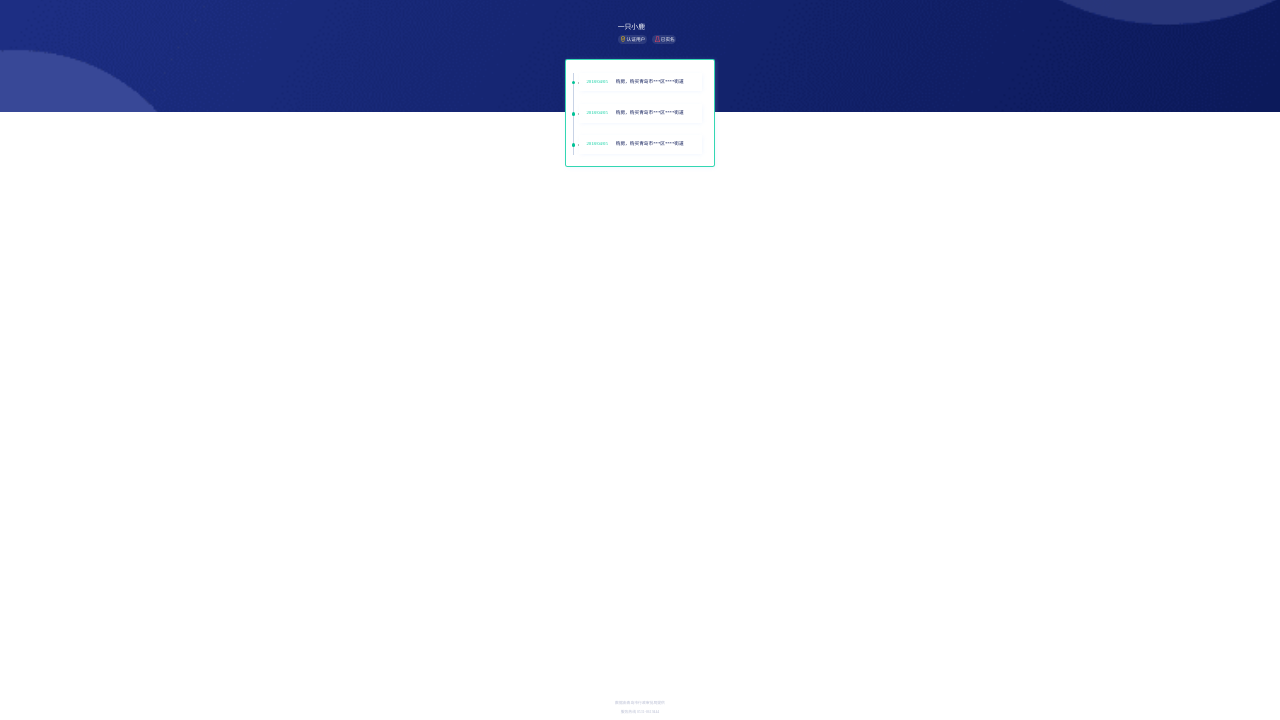
Repository: zlpstart/qingdao-new
Page: /Footprint
The author's editor kept a copy of each file at every save. The page is drawn from the files as they stood at one save, then again after the next save.
The browser window is 1280 px wide. The pictures show the whole page.
The page's requests for data from a server got no answer. Some web fonts or font styles are not loaded; a fallback is used. The project was rebuilt for these pictures with package versions that can differ from the ones it lists, and the page was loaded fresh each time. No one was signed in, and anything a server would have sent is missing. Also part of the build but not shown: src/components/MySpace.vue, src/components/Home.vue, src/components/Enterprise.vue, src/components/Opinion.vue, src/components/Opinion2.vue, src/components/Record.vue, src/components/Car.vue, src/components/House.vue and 5 more.

Above is the page before, as saved 2019-08-27 11:20:39.

After the next save:
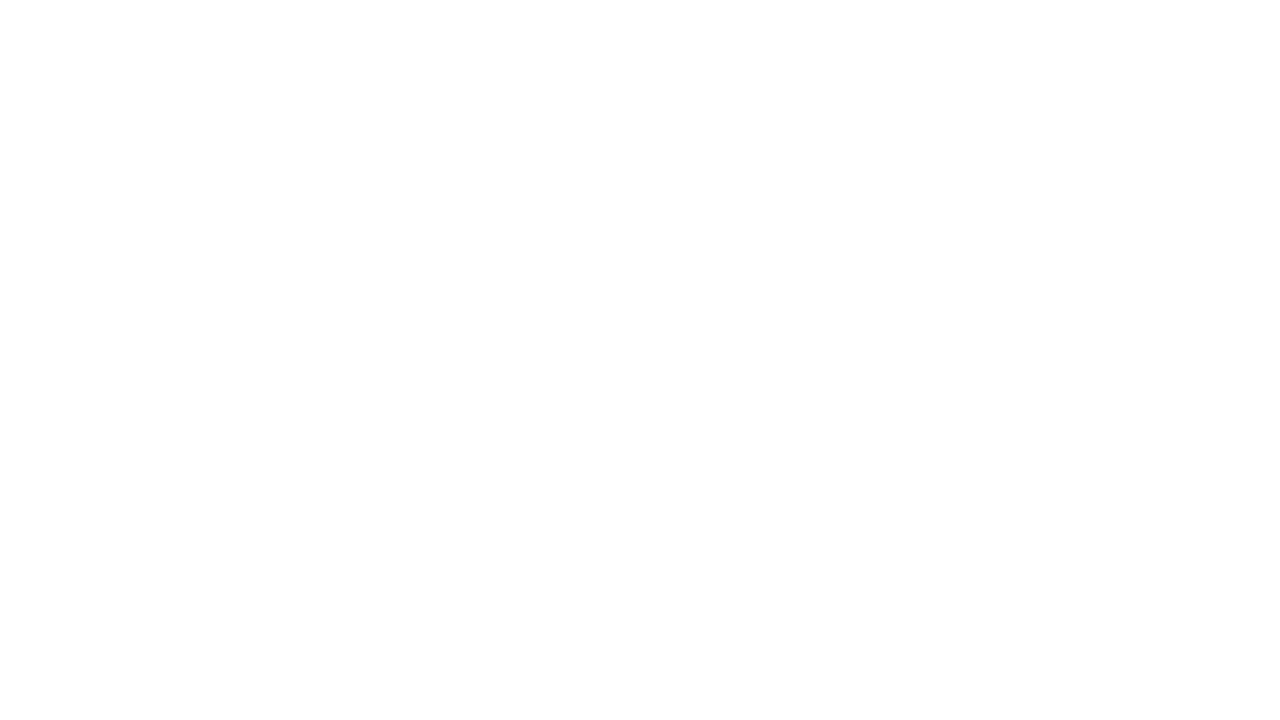
Saved 85 s later.
--- a/src/components/Footprint.vue
+++ b/src/components/Footprint.vue
@@ -59,63 +59,63 @@
           </div>
       </div>
 
-      <div class="Footprint2" v-if="show">
-        <TopBar></TopBar>
-        <div class="header">
-            <div class="header_wrap">
-                <div class="header_left">
-                    <!-- <img src="../assets/timg.jpg" alt=""> -->
-                </div>
-                <div class="header_right">
-                    <div class="header_right_p">
-                        <p>一只小鹿</p>
-                    </div>
-                    <div class="header_right_span">
-                        <span>
-                          <img src="../assets/认证.png" alt="">
-                          认证用户
-                        </span>
-                        <span>
-                          <img src="../assets/实名.png" alt="">
-                          已实名
-                        </span>
-                    </div>
-                </div>
-            </div>
-        </div>
-        <div class="Footprint_data">
-            <div class="data">
-            <ul>
-                <li>
-                    <b></b>
-                    <i></i>
-                    <span class="yuan"></span>
-                    <span>2018/04/05</span>
-                    <p>购房，购买青岛市***区****街道</p>
-                </li>
-                <li>
-                    <b></b>
-                    <i></i>
-                    <span class="yuan"></span>
-                    <span>2018/04/05</span>
-                    <p>购房，购买青岛市***区****街道</p>
-                </li>
-                <li>
-                    <b></b>
-                    <i></i>
-                    <span class="yuan"></span>
-                    <span>2018/04/05</span>
-                    <p>购房，购买青岛市***区****街道</p>
-                </li>
-            </ul>
-        </div>
-        </div>
-        <div class="bottom">
-                <span></span>
-                <p>数据由青岛市行政审批局提供</p>
-                <span></span>
-                <p>服务热线 0531-8619444</p>
-        </div>
+      <div class="Footprint" v-if="!show">
+          <TopBar></TopBar>
+          <div class="header">
+              <div class="header_wrap">
+                  <div class="header_left">
+                      <img :src="allUser.imgAddr">
+                  </div>
+                  <div class="header_right">
+                      <div class="header_right_p">
+                          <p>{{allUser.realName}}</p>
+                      </div>
+                      <div class="header_right_span">
+                          <span>
+                            <img src="../assets/认证.png" alt="">
+                            认证用户
+                          </span>
+                          <span>
+                            <img src="../assets/实名.png" alt="">
+                            已实名
+                          </span>
+                      </div>
+                  </div>
+              </div>
+          </div>
+          <div class="Footprint_data">
+              <div class="data">
+              <ul>
+                  <li>
+                    <i></i>
+                    <b></b>
+                    <span class="yuan"></span>
+                    <span>2018/04/05</span>
+                    <p>购房，购买青岛市***区****街道</p>
+                  </li>
+                  <li>
+                    <i></i>
+                    <b></b>
+                    <span class="yuan"></span>
+                    <span>2018/04/05</span>
+                    <p>购房，购买青岛市***区****街道</p>
+                  </li>
+                  <li>
+                    <i></i>
+                    <b></b>
+                    <span class="yuan"></span>
+                    <span>2018/04/05</span>
+                    <p>购房，购买青岛市***区****街道</p>
+                  </li>
+              </ul>
+          </div>
+          </div>
+          <div class="bottom">
+                  <span></span>
+                  <p>数据由青岛市行政审批局提供</p>
+                  <span></span>
+                  <p>服务热线 0531-8619444</p>
+          </div>
       </div>
     </div>
 

After the save that followed:
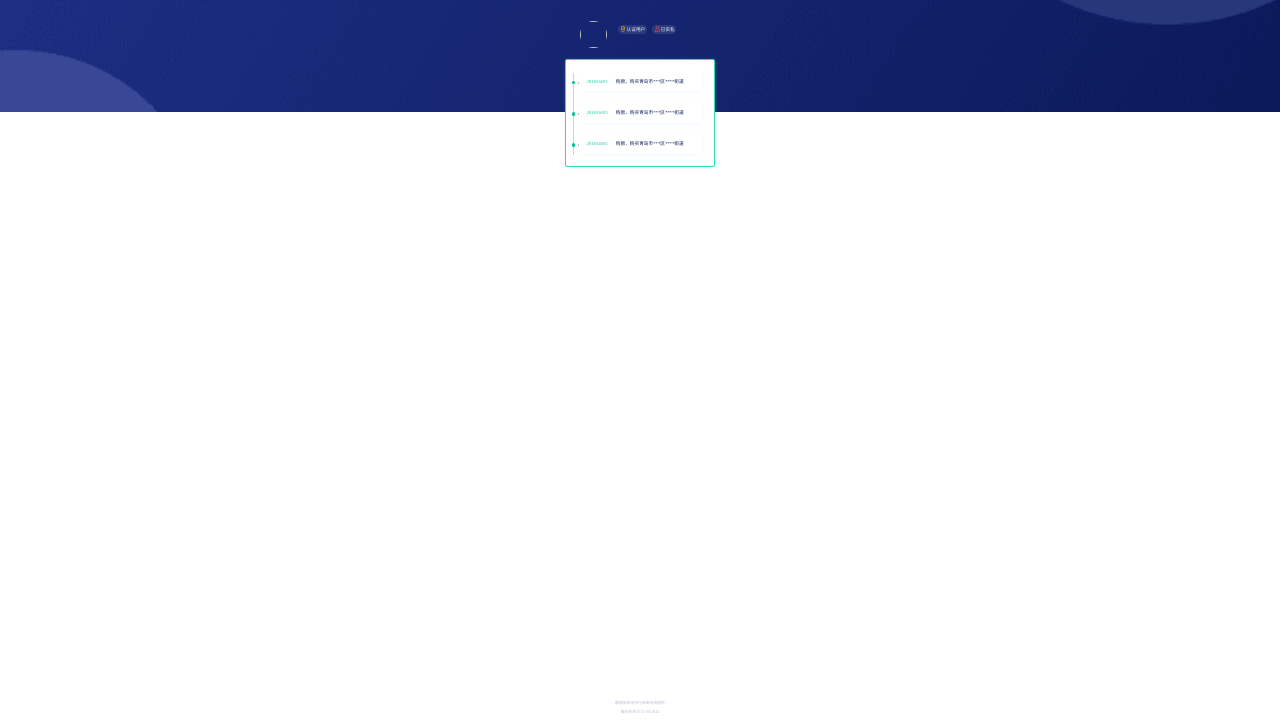
Saved 6 s later.
--- a/src/components/Footprint.vue
+++ b/src/components/Footprint.vue
@@ -59,7 +59,7 @@
           </div>
       </div>
 
-      <div class="Footprint" v-if="!show">
+      <div class="Footprint" v-if="show">
           <TopBar></TopBar>
           <div class="header">
               <div class="header_wrap">
